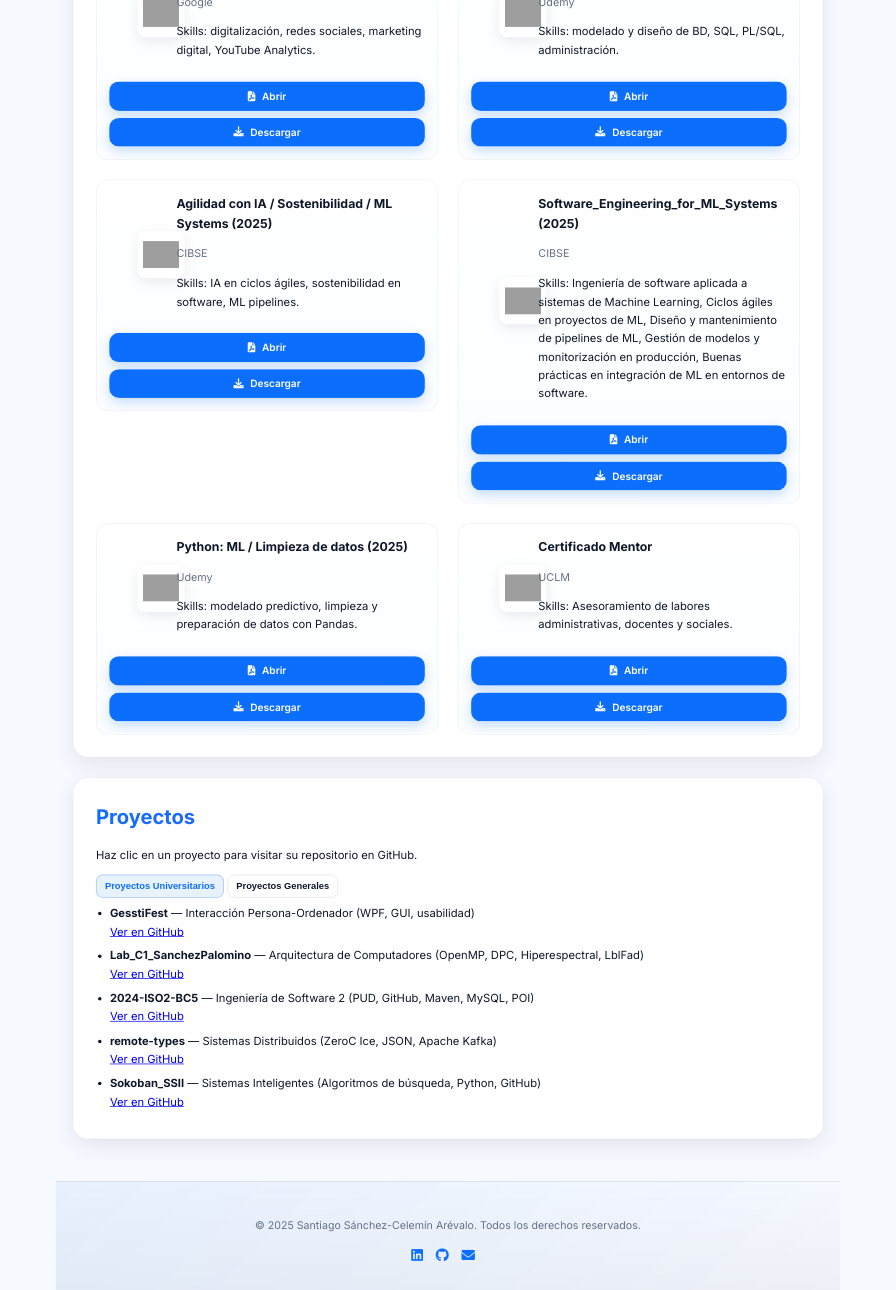
Repository: SantiagoSanchez-CeleminArevalo/Portfolio_SantiagoSanchez-CeleminArevalo
Page: docs/index.html
The author's editor kept a copy of each file at every save. The page is drawn from the files as they stood at one save, then again after the next save.
The browser window is 1280 px wide. The pictures show the part of the page from y = 2609 to 4529 px (the page is 4452 px tall before and 4529 px after), at 70% of full size.
Pictures or frames that could not be fetched are drawn as grey boxes.

Above is the page before, as saved 2025-11-06 14:38:42.
Console error: TypeError: Cannot read properties of null (reading 'classList')

After the next save:
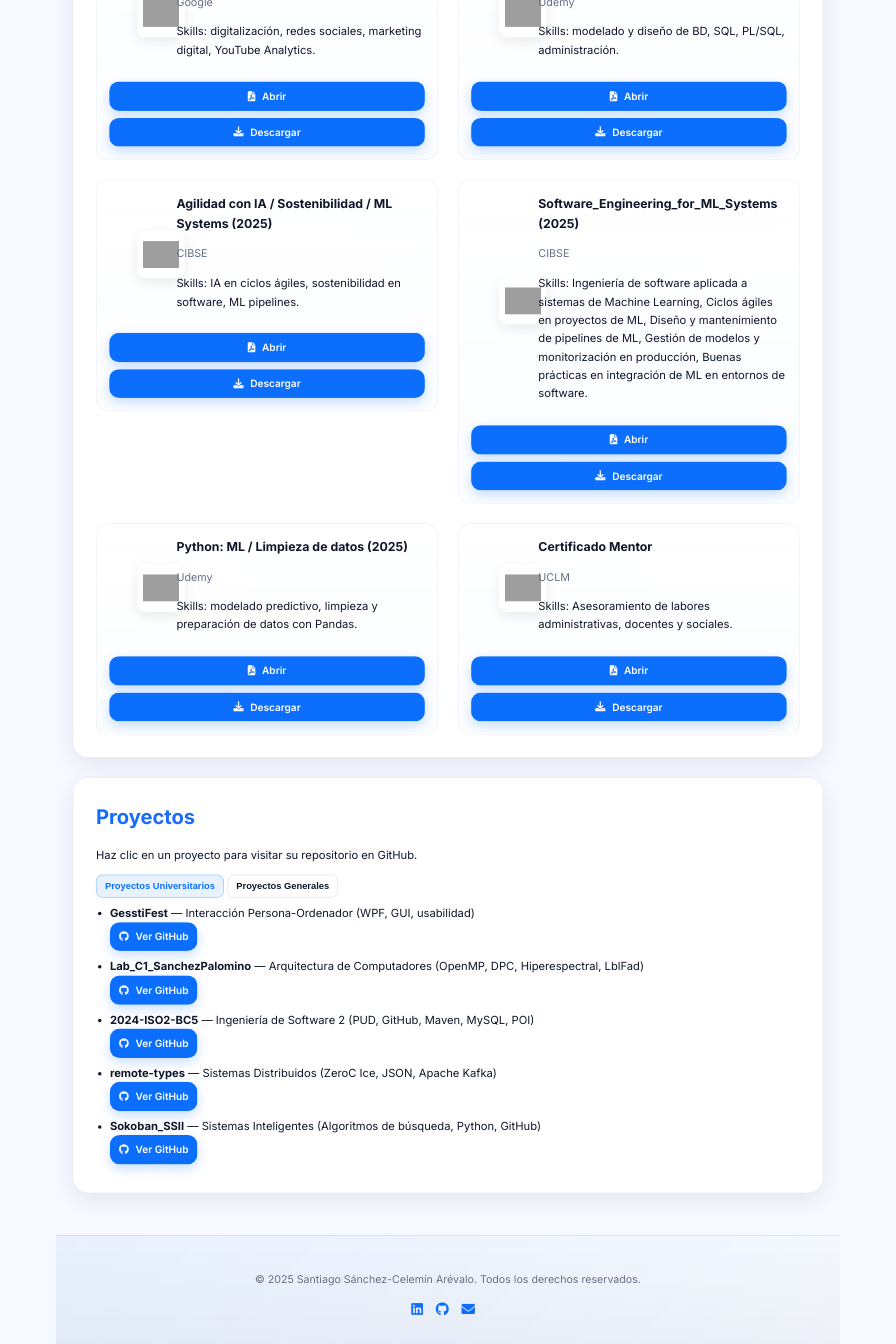
Saved 119 s later.
--- a/docs/index.html
+++ b/docs/index.html
@@ -268,30 +268,42 @@
 
       <div class="tab-content">
         <!-- Proyectos Universitarios -->
-        <div id="uni" class="tab-panel">
-          <ul class="projects-list">
-            <li>
-              <strong>GesstiFest</strong> — Interacción Persona-Ordenador (WPF, GUI, usabilidad)<br>
-              <a href="https://github.com/SantiagoSanchez-CeleminArevalo/Portfolio_SantiagoSanchez-CeleminArevalo/blob/projects/projects/GesstiFest" target="_blank" rel="noopener">Ver en GitHub</a>
-            </li>
-            <li>
-              <strong>Lab_C1_SanchezPalomino</strong> — Arquitectura de Computadores (OpenMP, DPC, Hiperespectral, LblFad)<br>
-              <a href="https://github.com/SantiagoSanchez-CeleminArevalo/Portfolio_SantiagoSanchez-CeleminArevalo/blob/projects/projects/Lab_C1_SanchezPalomino-main" target="_blank" rel="noopener">Ver en GitHub</a>
-            </li>
-            <li>
-              <strong>2024-ISO2-BC5</strong> — Ingeniería de Software 2 (PUD, GitHub, Maven, MySQL, POI)<br>
-              <a href="https://github.com/SantiagoSanchez-CeleminArevalo/Portfolio_SantiagoSanchez-CeleminArevalo/blob/projects/projects/2024-ISO2-BC5-main" target="_blank" rel="noopener">Ver en GitHub</a>
-            </li>
-            <li>
-              <strong>remote-types</strong> — Sistemas Distribuidos (ZeroC Ice, JSON, Apache Kafka)<br>
-              <a href="https://github.com/SantiagoSanchez-CeleminArevalo/Portfolio_SantiagoSanchez-CeleminArevalo/blob/projects/projects/remote-types-main-main" target="_blank" rel="noopener">Ver en GitHub</a>
-            </li>
-            <li>
-              <strong>Sokoban_SSII</strong> — Sistemas Inteligentes (Algoritmos de búsqueda, Python, GitHub)<br>
-              <a href="https://github.com/SantiagoSanchez-CeleminArevalo/Portfolio_SantiagoSanchez-CeleminArevalo/blob/projects/projects/Sokoban_SSII" target="_blank" rel="noopener">Ver en GitHub</a>
-            </li>
-          </ul>
-        </div>
+        <!-- Proyectos Universitarios -->
+<div id="uni" class="tab-panel">
+  <ul class="projects-list">
+    <li>
+      <strong>GesstiFest</strong> — Interacción Persona-Ordenador (WPF, GUI, usabilidad)<br>
+      <a class="btn small" href="https://github.com/SantiagoSanchez-CeleminArevalo/Portfolio_SantiagoSanchez-CeleminArevalo/blob/projects/projects/GesstiFest" target="_blank" rel="noopener">
+        <i class="fab fa-github"></i> Ver GitHub
+      </a>
+    </li>
+    <li>
+      <strong>Lab_C1_SanchezPalomino</strong> — Arquitectura de Computadores (OpenMP, DPC, Hiperespectral, LblFad)<br>
+      <a class="btn small" href="https://github.com/SantiagoSanchez-CeleminArevalo/Portfolio_SantiagoSanchez-CeleminArevalo/blob/projects/projects/Lab_C1_SanchezPalomino-main" target="_blank" rel="noopener">
+        <i class="fab fa-github"></i> Ver GitHub
+      </a>
+    </li>
+    <li>
+      <strong>2024-ISO2-BC5</strong> — Ingeniería de Software 2 (PUD, GitHub, Maven, MySQL, POI)<br>
+      <a class="btn small" href="https://github.com/SantiagoSanchez-CeleminArevalo/Portfolio_SantiagoSanchez-CeleminArevalo/blob/projects/projects/2024-ISO2-BC5-main" target="_blank" rel="noopener">
+        <i class="fab fa-github"></i> Ver GitHub
+      </a>
+    </li>
+    <li>
+      <strong>remote-types</strong> — Sistemas Distribuidos (ZeroC Ice, JSON, Apache Kafka)<br>
+      <a class="btn small" href="https://github.com/SantiagoSanchez-CeleminArevalo/Portfolio_SantiagoSanchez-CeleminArevalo/blob/projects/projects/remote-types-main-main" target="_blank" rel="noopener">
+        <i class="fab fa-github"></i> Ver GitHub
+      </a>
+    </li>
+    <li>
+      <strong>Sokoban_SSII</strong> — Sistemas Inteligentes (Algoritmos de búsqueda, Python, GitHub)<br>
+      <a class="btn small" href="https://github.com/SantiagoSanchez-CeleminArevalo/Portfolio_SantiagoSanchez-CeleminArevalo/blob/projects/projects/Sokoban_SSII" target="_blank" rel="noopener">
+        <i class="fab fa-github"></i> Ver GitHub
+      </a>
+    </li>
+  </ul>
+</div>
+
 
         <!-- Proyectos Generales -->
         <div id="gen" class="tab-panel hidden">
